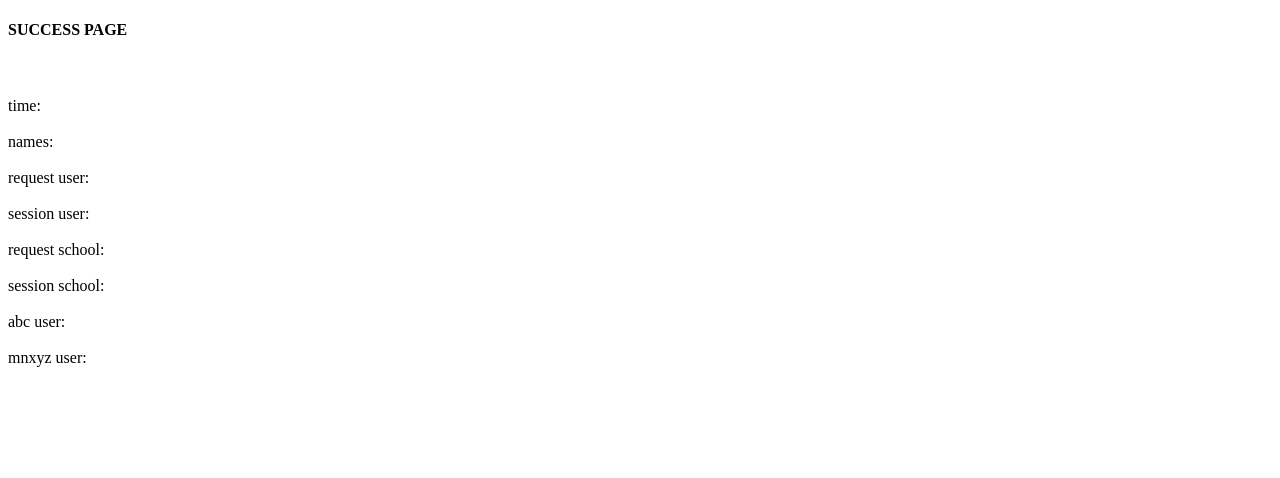
Repository: lhang662543608/Java-Study
Page: http://localhost/springmvc/springmvc/testRequestParam?username=lhang&age=11
These files come from the project's save history. The page is drawn as it stood at one moment and after the next save; the edit follows.
The browser window is 1280 px wide. The pictures show the whole page.
The page is served by Tomcat 9. The template is opened directly, without the code that normally fills it, so the values that code supplies are empty.

Above is the page before, as saved 2020-07-14 08:24:08.

After the next save:
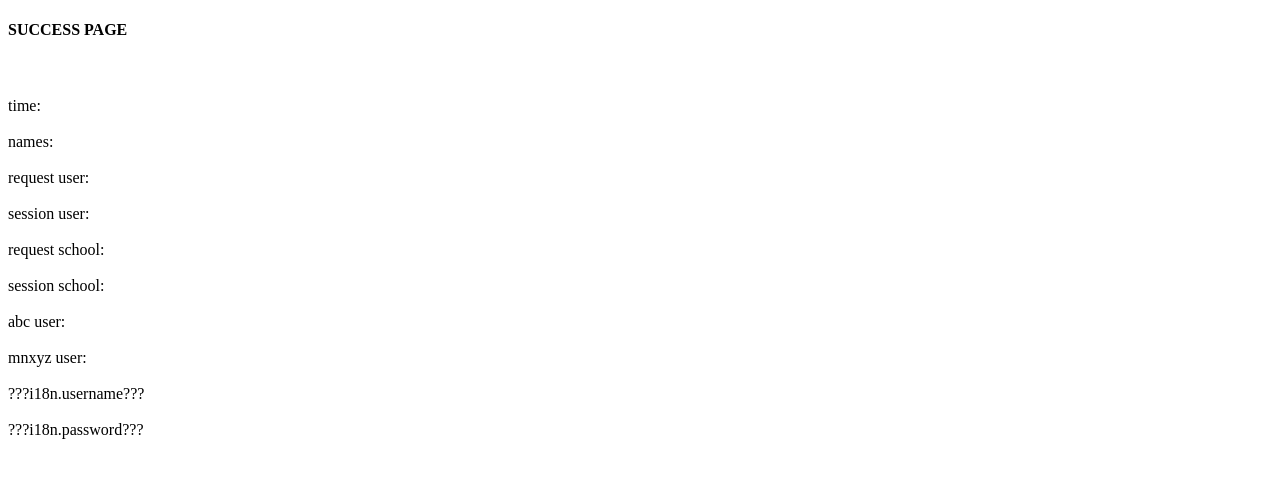
Saved 51 min 44 s later.
--- a/SpringMVC/springmvc/WebContent/WEB-INF/views/success.jsp
+++ b/SpringMVC/springmvc/WebContent/WEB-INF/views/success.jsp
@@ -1,5 +1,6 @@
 <%@ page language="java" contentType="text/html; charset=ISO-8859-1"
 	pageEncoding="ISO-8859-1"%>
+<%@ taglib prefix="fmt" uri="http://java.sun.com/jsp/jstl/fmt" %>
 <!DOCTYPE html PUBLIC "-//W3C//DTD HTML 4.01 Transitional//EN" "http://www.w3.org/TR/html4/loose.dtd">
 <html>
 <head>
